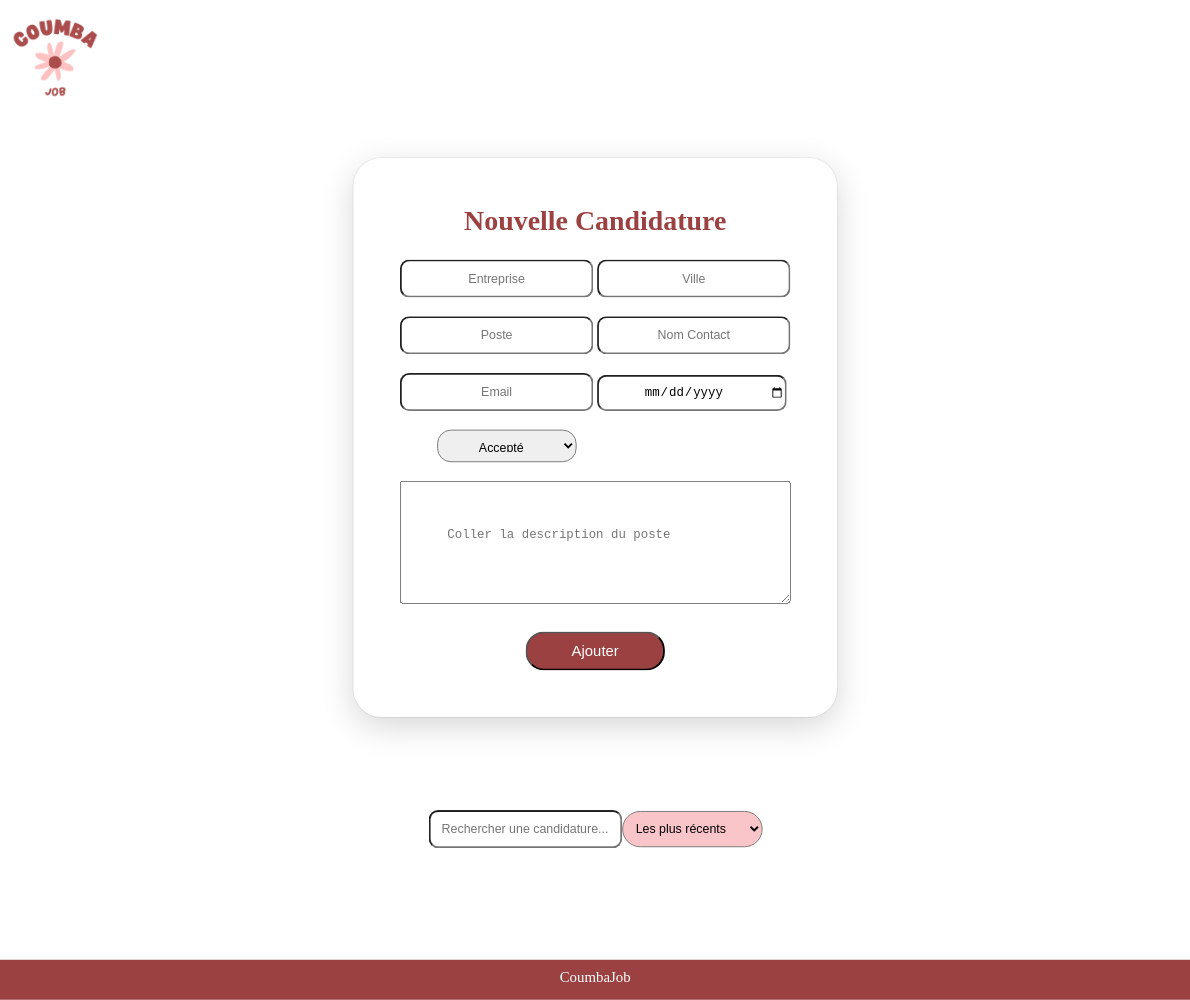
Repository: Coumba25040/coumbaProjet
Page: projetCoumba/index.html
The author's editor kept a copy of each file at every save. The page is drawn from the files as they stood at one save, then again after the next save.
The browser window is 1280 px wide. The pictures show the whole page, at 93% of full size.
Some web fonts or font styles are not loaded; a fallback is used.

Above is the page before, as saved 2025-09-23 16:41:52.

After the next save:
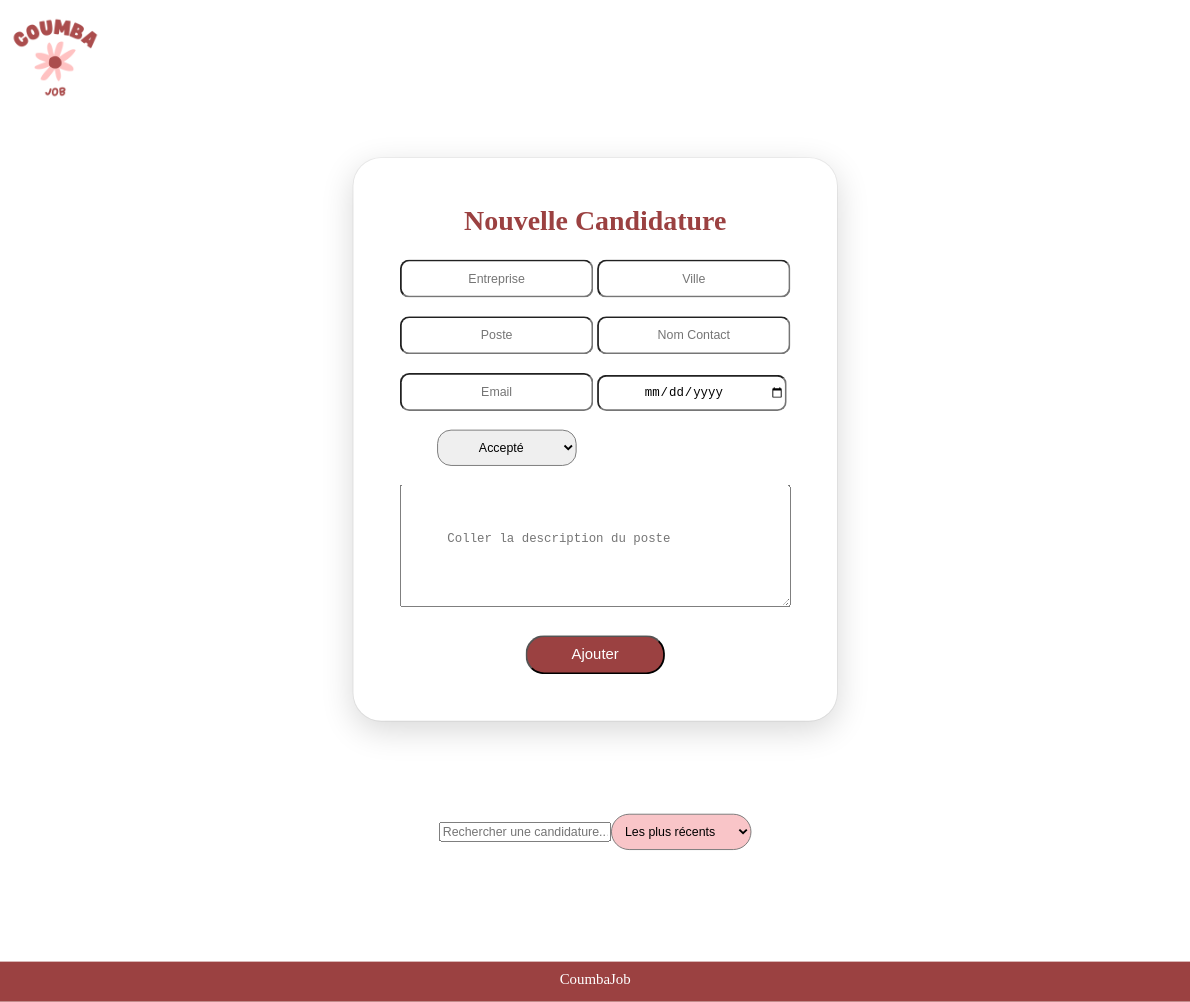
Saved 58 s later.
--- a/projetCoumba/style.css
+++ b/projetCoumba/style.css
@@ -30,10 +30,9 @@ form input {
     padding: 0;
 }
 
-#statut, input, #date{
+form input, #date{
     width: 200px;
     height: 35px;
-
     text-align: center;
     border-radius: 10px;
 }
@@ -65,6 +64,7 @@ form input {
     margin-left: 40px;
     margin-right: 10px;
     margin-bottom: 20px;
+    text-align: center;
 }
 #trier{
     padding: 10px;
